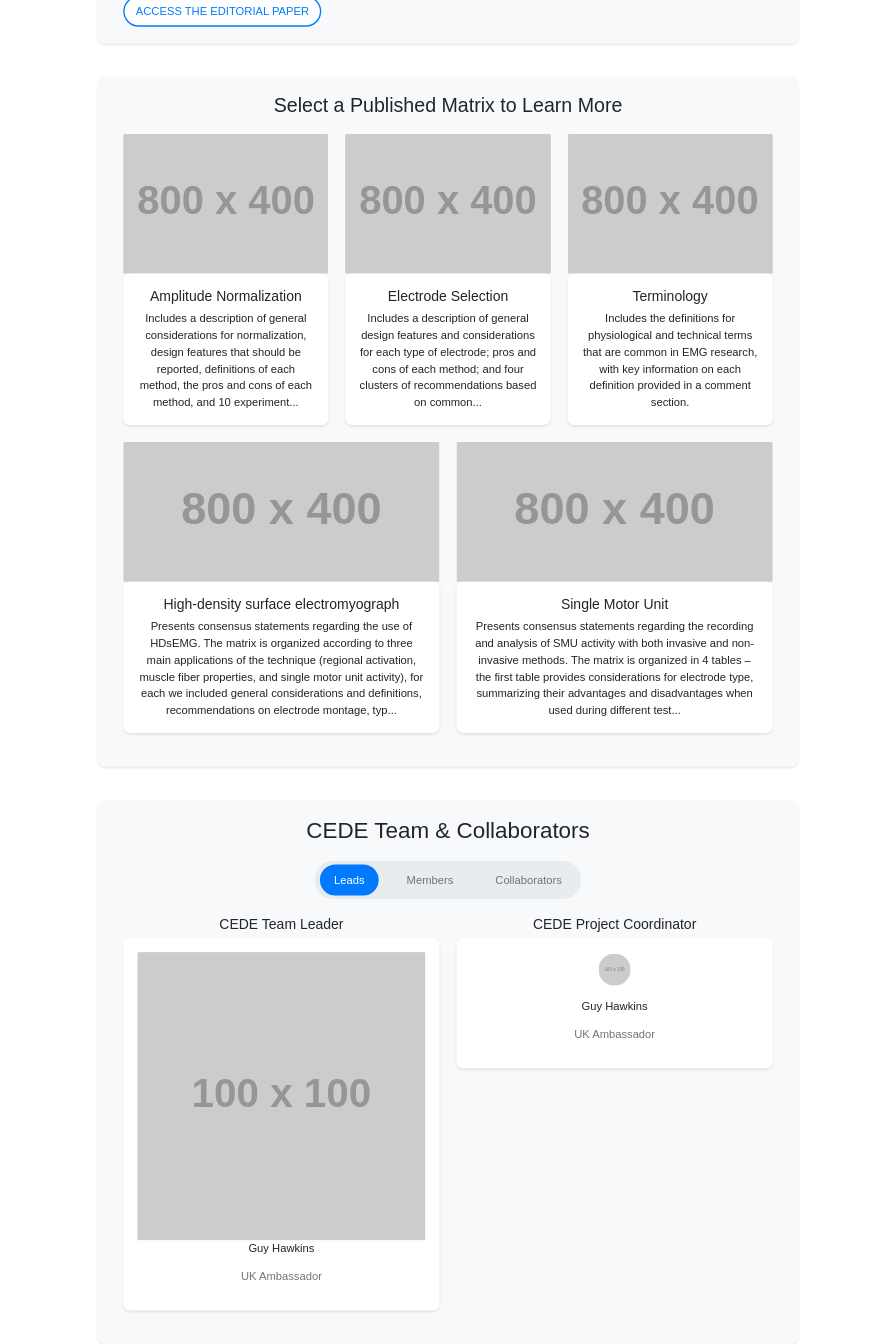
Repository: devashrisamani/CEDE-Website
Page: website/index.html
An editor plug-in stored every save of this project. The page is shown before and after the next save, followed by the edit.
The browser window is 1280 px wide. The pictures show the part of the page from y = 1203 to 3123 px (the page is 3123 px tall before and 2777 px after), at 70% of full size.

Above is the page before, as saved 2024-06-26 12:23:55.
Console error: TypeError: Cannot read properties of null (reading 'addEventListener')

After the next save:
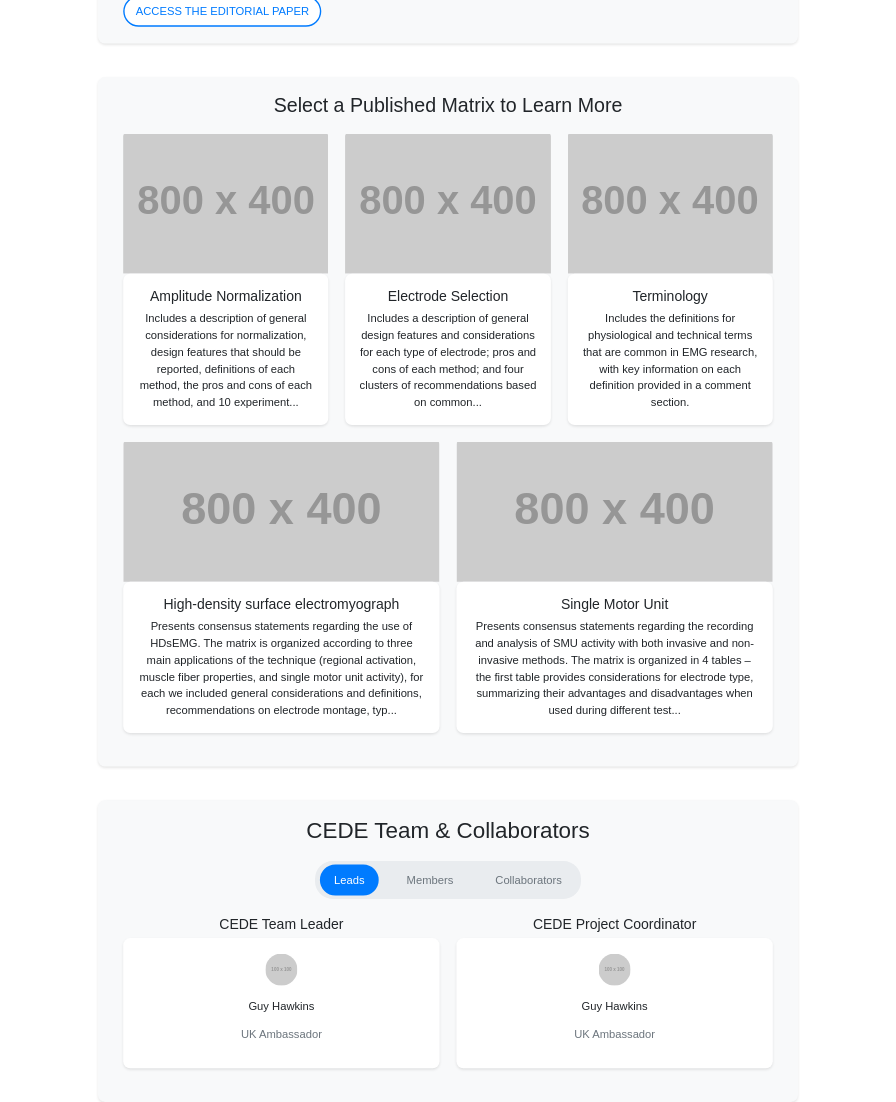
Saved 30 s later.
--- a/website/index.html
+++ b/website/index.html
@@ -423,7 +423,7 @@
                 <div class="card-body">
                   <img
                     src="https://via.placeholder.com/100"
-                    class="card-img-top"
+                    class="rounded-circle mb-3"
                     alt="Team Leader"
                     width="50"
                   />
